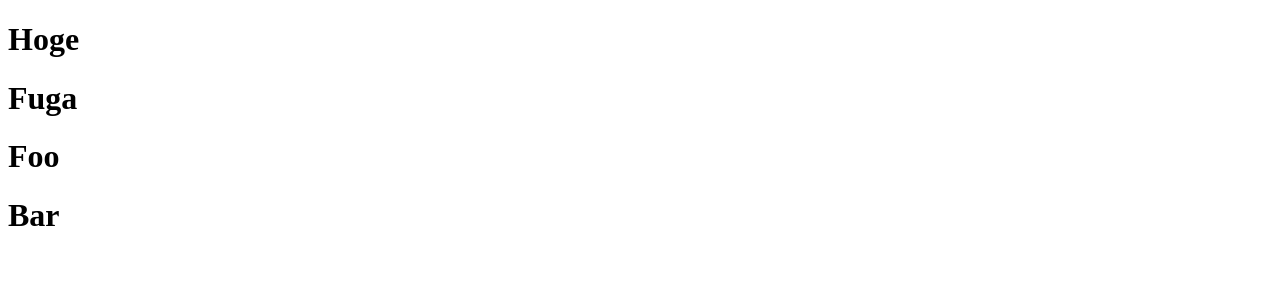
Repository: otanaoyuki/samurai_HTML-CSS
Page: sss.html
The author's editor kept a record of every edit. The page is drawn from the files as they stood at one moment, then again after the next edit.
The browser window is 1280 px wide. The pictures show the whole page.

Above is the page before.

### sss.html
<!DOCTYPE HTML>
<html lang="ja">
    <head>
        <style>
            #grid {
                display: grid;
                grid-template-columns: 200px 200px;
            }
        </style>
    </head>
    <body>
        <div id="flex-start">
            <h1>Hoge</h1>
            <h1>Fuga</h1>
            <h1>Foo</h1>
            <h1>Bar</h1>
        </div>
    </body>
</html>

After the next edit:
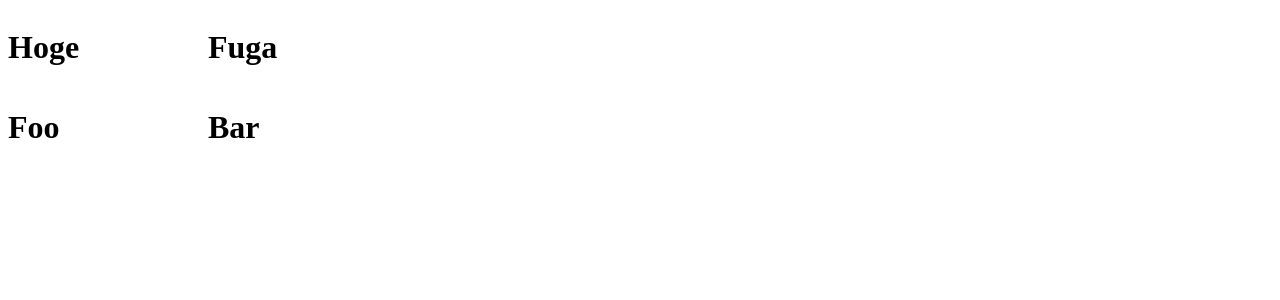
The edit:
--- a/sss.html
+++ b/sss.html
@@ -9,7 +9,7 @@
         </style>
     </head>
     <body>
-        <div id="flex-start">
+        <div id="grid">
             <h1>Hoge</h1>
             <h1>Fuga</h1>
             <h1>Foo</h1>
